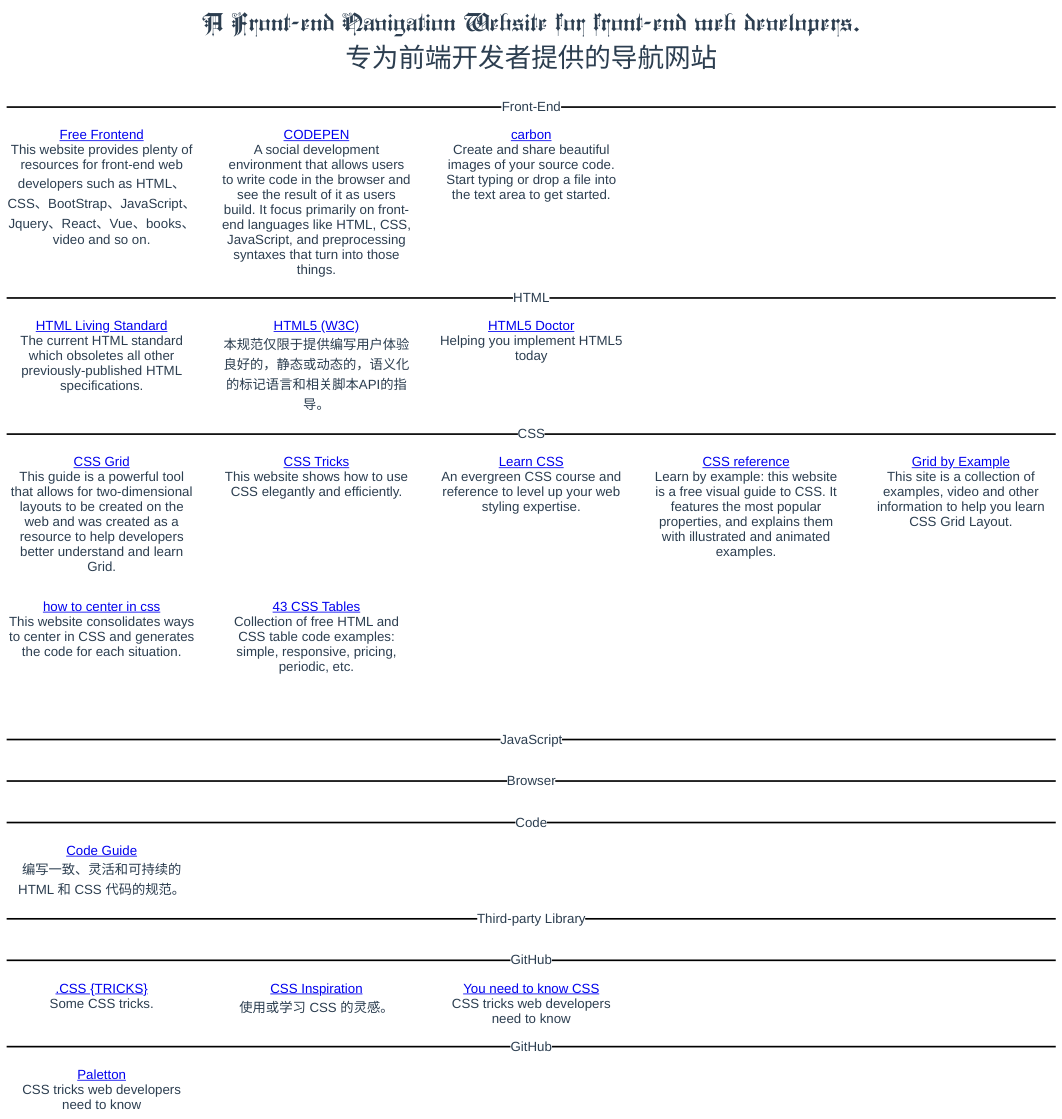
Repository: 321paranoiawhy/fenav.io
Page: /
An editor plug-in stored every save of this project. The page is shown before and after the next save, followed by the edit.
The browser window is 1280 px wide. The pictures show the whole page, at 83% of full size.
The project was rebuilt for these pictures with package versions that can differ from the ones it lists, and the page was loaded fresh each time. Also part of the build but not shown: vue.config.js.

Above is the page before, as saved 2022-04-06 01:06:35.

After the next save:
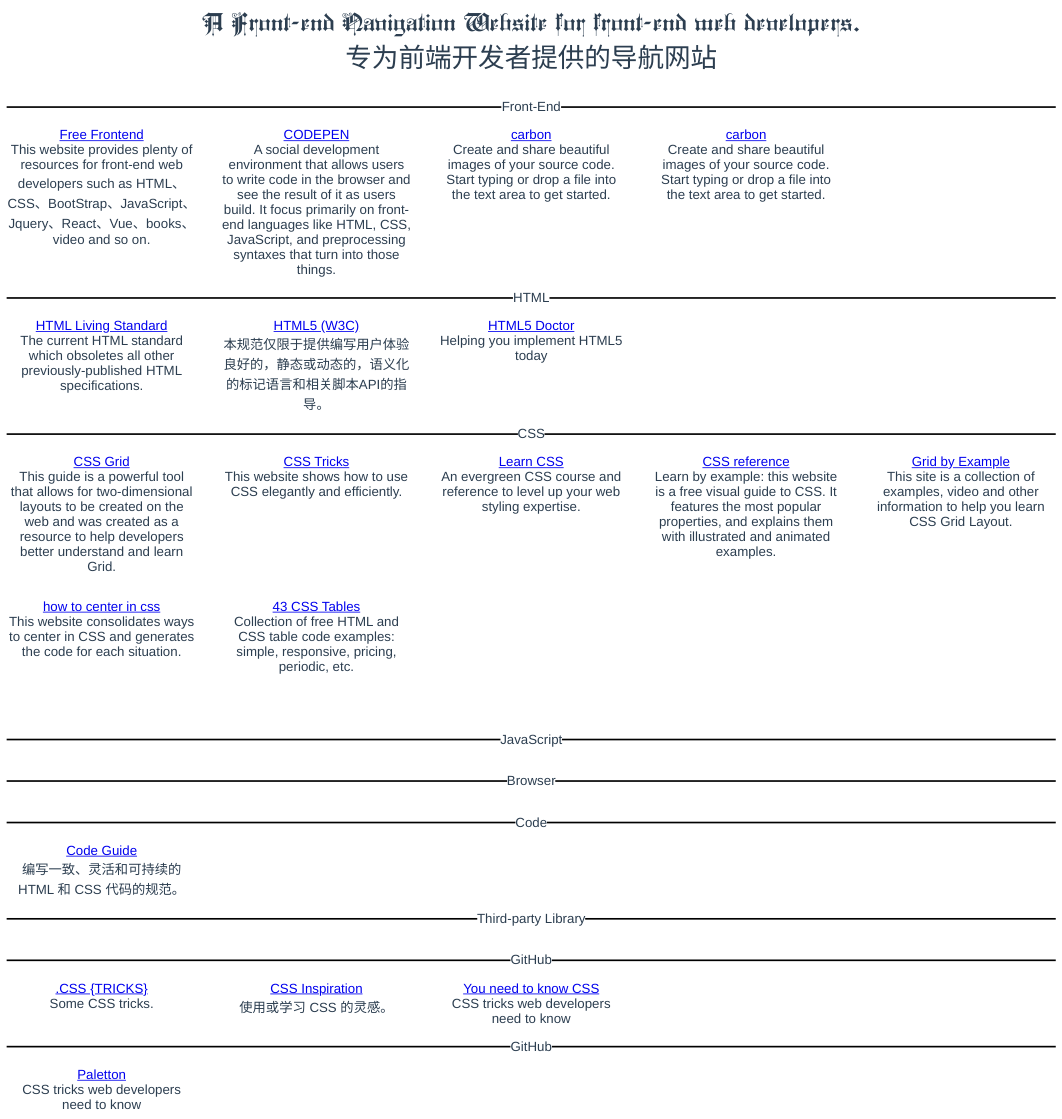
Saved 3 min 3 s later.
--- a/src/views/HomeView.vue
+++ b/src/views/HomeView.vue
@@ -22,6 +22,13 @@
                 in the browser and see the result of it as users build. It focus
                 primarily on front-end languages like HTML, CSS, JavaScript, and
                 preprocessing syntaxes that turn into those things.
+            </div>
+        </div>
+        <div class="card">
+            <a class="url" href="https://carbon.now.sh/">carbon</a>
+            <div class="description">
+                Create and share beautiful images of your source code. Start
+                typing or drop a file into the text area to get started.
             </div>
         </div>
         <div class="card">
